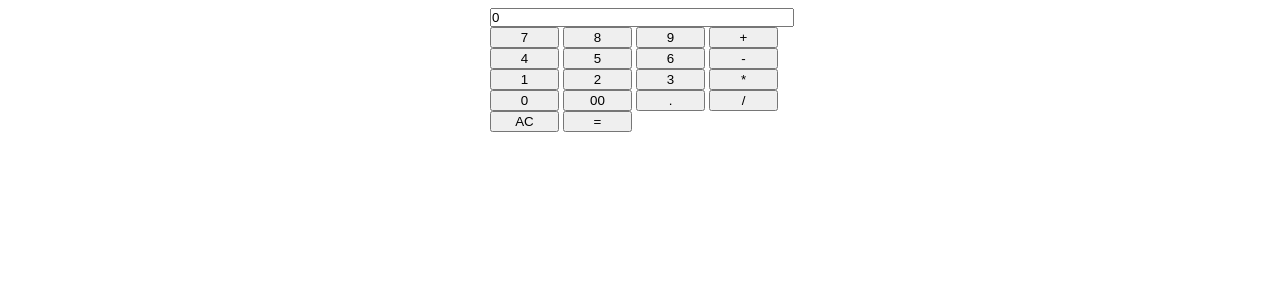
Repository: 7121yamamotorina/memo
Page: index2.html
The author's editor kept a record of every edit. The page is drawn from the files as they stood at one moment, then again after the next edit.
The browser window is 1280 px wide. The pictures show the whole page.
Some web libraries are served in a nearby version.

Above is the page before.

After the next edit:
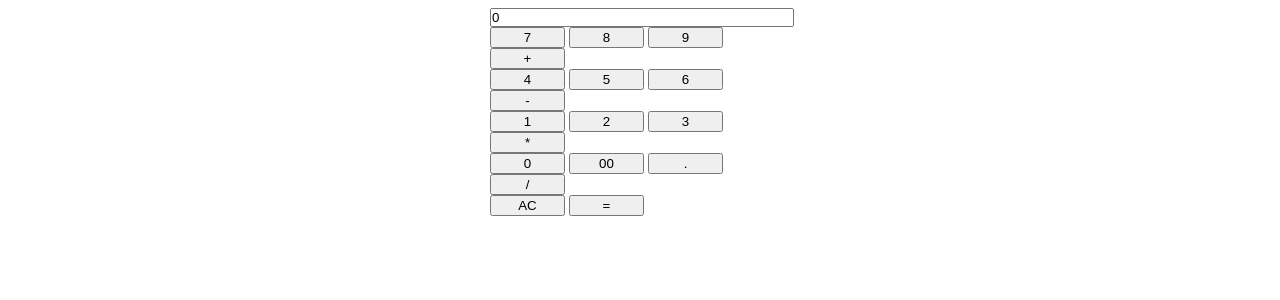
The edit:
--- a/main2.css
+++ b/main2.css
@@ -10,7 +10,7 @@
 
 button{
 
-  width: 23%;
+  width: 25%;
 margin: 0 auto;
 
 }
